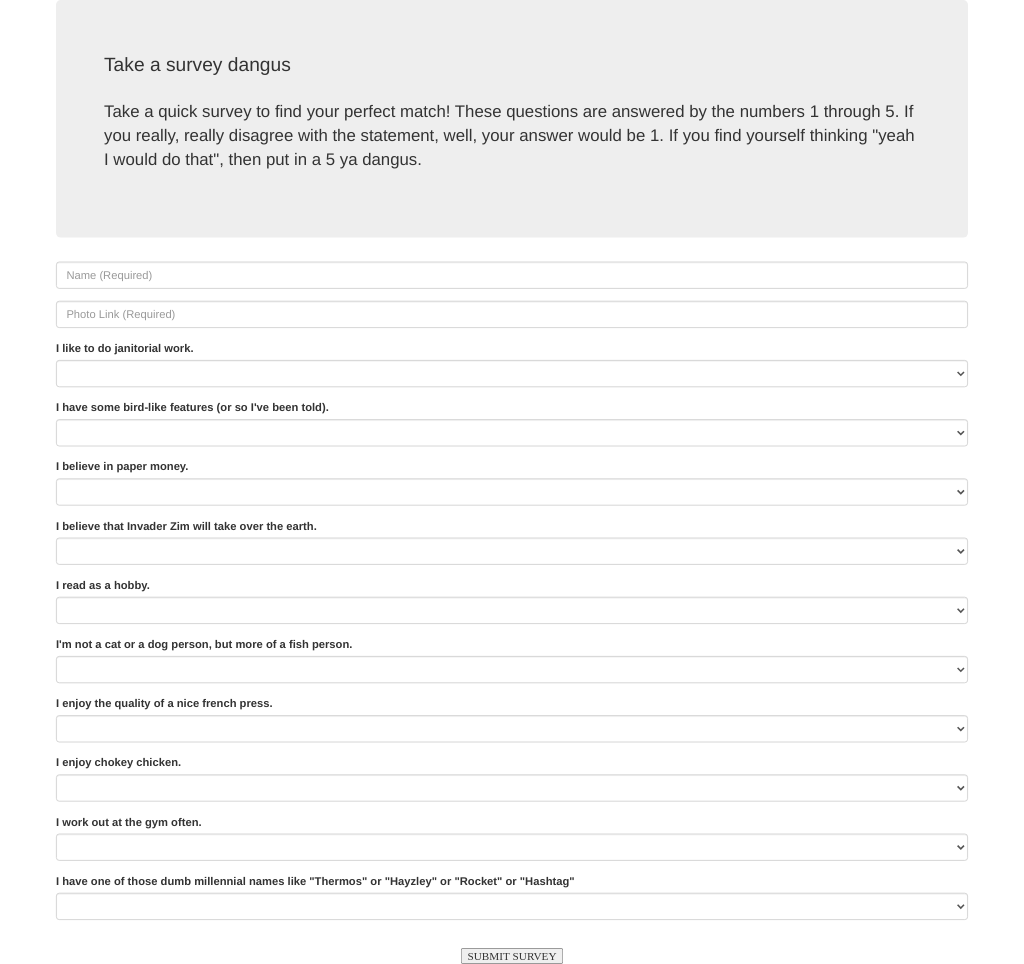
Repository: kcummings1/Mate-Matcher
Page: public/survey.html
An editor plug-in stored every save of this project. The page is shown before and after the next save, followed by the edit.
The browser window is 1280 px wide. The pictures show the whole page, at 80% of full size.
Some web libraries are served in a nearby version.

Above is the page before, as saved 2019-10-05 13:57:34.
Console error: ReferenceError: config is not defined

After the next save:
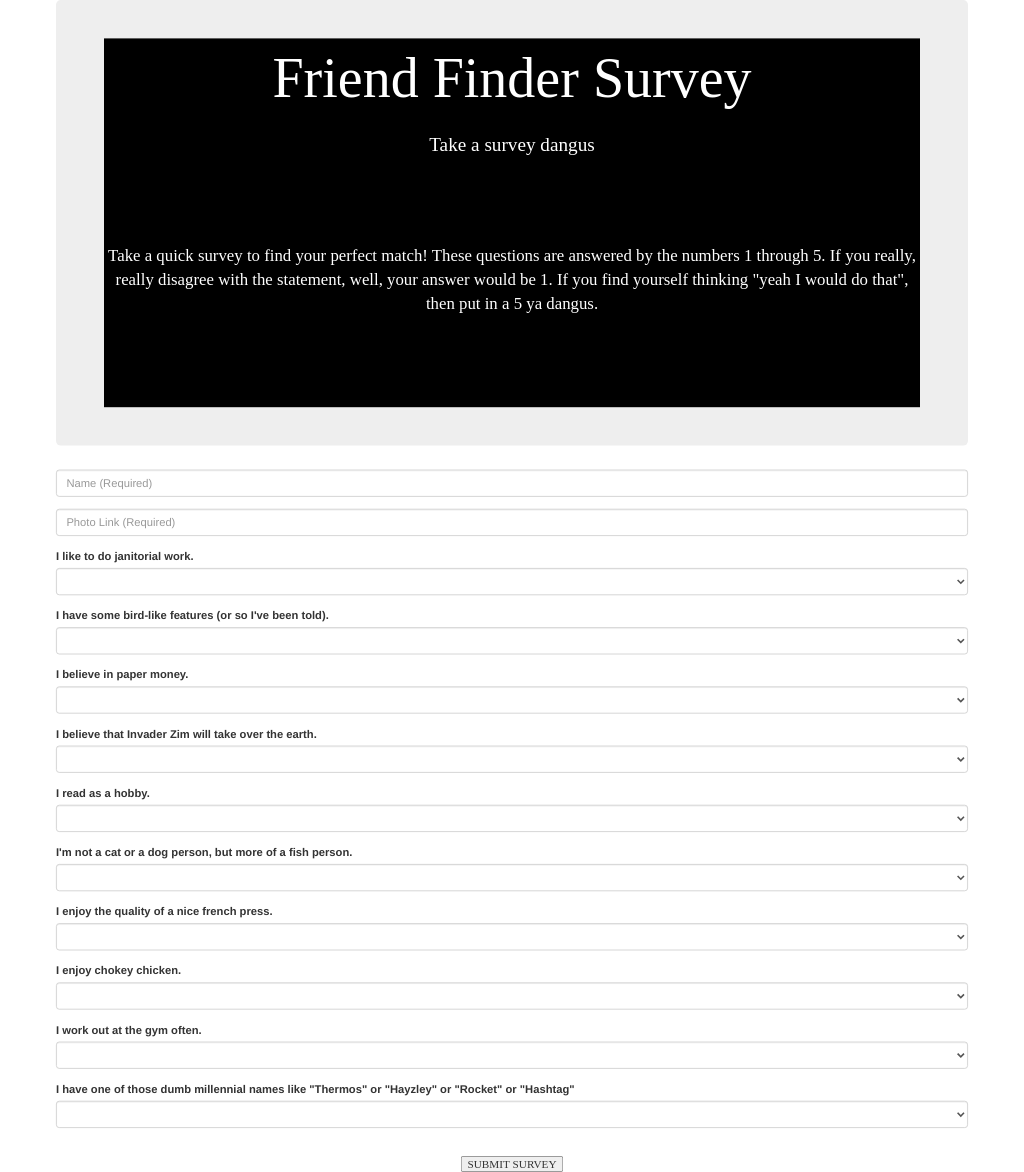
Saved 41 s later.
--- a/public/survey.html
+++ b/public/survey.html
@@ -14,13 +14,14 @@
 
     <div class="container">
         <div class="jumbotron">
+                <div class="title" style="background-color: #000;">Friend Finder Survey
                 <h3>Take a survey dangus</h3> <br>
             <p>Take a quick survey to find your perfect match! These questions are answered by the numbers 1 through 5.
                 If
                 you really, really disagree with the statement, well, your answer would be 1. If you find yourself
                 thinking
                 "yeah I would do that", then put in a 5 ya dangus.</p> <br>
-
+               </div>
         </div>
         <form>
             <div class="form-group">
